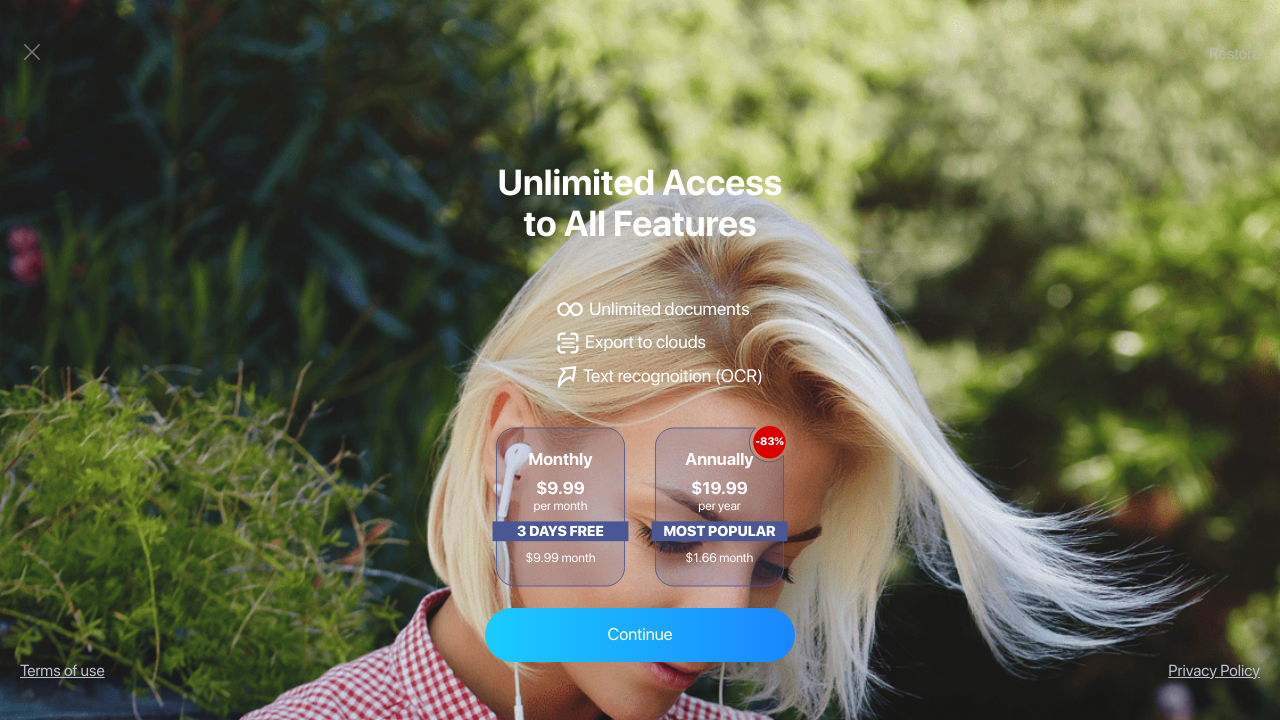
Repository: Ivan0195/bp-banner
Page: /
An editor plug-in stored every save of this project. The page is shown before and after the next save, followed by the edit.
The browser window is 1280 px wide. The pictures show the whole page.
The project was rebuilt for these pictures with package versions that can differ from the ones it lists, and the page was loaded fresh each time. Also part of the build but not shown: webpack.config.js.

Above is the page before, as saved 2023-03-17 11:00:26.

### src/index.html
<!DOCTYPE html>
<html lang="en">

<head>
  <meta charset="UTF-8">
  <meta http-equiv="X-UA-Compatible" content="IE=edge">
  <meta name="viewport" content="width=device-width, initial-scale=1.0">
  <link rel="icon" href="img/favicon.png" type="image/png">
  <title>BP-mobile</title>
</head>

<body>


  <header>
    <a href="#"><img src="/src/img/close.svg" alt="close"></a>
    <a href="#" class="restore">Restore</a>
  </header>


  <main>

    <h1 class="titleText">Unlimited Access to All Features</h1>

    <ul>
      <li>
        <img src="/src/img/unlimitedDocs.svg"/>
        Unlimited documents
      </li>
      <li><img src="/src/img/noAds.svg" />Export to clouds</li>
      <li><img src="/src/img/export.svg" />Text recognoition (OCR)</li>
    </ul>

    <div class="subscriptionsBlock">

      <div id="month" class="subscriptionMonthlyBlock">
        <span class="title">Monthly</span>
        <div class="subscriptionPriceBlock">
          <span class="bigPrice">$9.99</span>
          <span class="smallText">per month</span>
        </div>
        <span class="promotionLine">3 days free</span>
        <span class="smallText">$9.99 month</span>
      </div>

      <div id="year" class="subscriptionAnnualyBlock">
        <div class="discountTag">-83%</div>
        <span class="title">Annually</span>
        <div class="subscriptionPriceBlock">
          <span class="bigPrice">$19.99</span>
          <span class="smallText">per year</span>
        </div>
        <span class="promotionLine">most popular</span>
        <span class="smallText">$1.66 month</span>
      </div>

    </div>

      <button id="button" class="continueButton">Continue</button>
  </main>


  <footer>
    <a href='#'>Terms of use</a>
    <a href='#'>Privacy Policy</a>
  </footer>


</body>
</html>

### src/index.js
import './index.html';
import './index.scss';

const month = document.getElementById('month');
const year = document.getElementById('year');
const button = document.getElementById('button');

const onElementSelect = (element, target, link) => {
    element.style.scale = 0.9;
    element.style.opacity = 0.5;
    target.style.scale = 1;
    target.style.opacity = 1;
    button.onclick = `location.href=${link}`
}

month.onclick = () => onElementSelect(year, month, 'https://apple.com/');
year.onclick = () => onElementSelect(month, year, 'https://google.com/ ');

### src/style/_fonts.scss
@font-face {
  font-family: 'SFPro';
  src: url('../fonts/SFProDisplay-Regular.woff2') format('woff2'),
    url('../fonts/SFProDisplay-Regular.woff') format('woff');
}

@font-face {
  font-family: 'SFPro-Bold';
    src: url('../fonts/SFProDisplay-Bold.woff2') format('woff2'),
      url('../fonts/SFProDisplay-Bold.woff') format('woff');
  }

  @font-face {
    font-family: 'SFPro-Heavy';
    src: url('../fonts/SFProDisplay-Heavy.woff2') format('woff2'),
      url('../fonts/SFProDisplay-Heavy.woff') format('woff');
  }

### src/style/_var.scss
$textPrimary: #FFFFFF;
$textSecondary: #BDC0D0;
@mixin FlexCenter {
    display: flex;
    align-items: center;
    justify-content: center;
}

### src/style/_style.scss
body {
  font-family: 'SFPro';
  color: $textPrimary;
  background-image: url("/src/img/background-image.png");
  background-size: cover;
  padding: 40px 20px;
  display: flex;
  flex-direction: column;
  align-items: center;
  justify-content: space-between;
  box-sizing: border-box;
  height: 100vh;
}

header {
  @include FlexCenter;
  justify-content: space-between;
  width: 100%;
}

main {
  @include FlexCenter;
  flex-direction: column;
  justify-content: flex-end;
  height: 100%;
  row-gap: 12px;
}

ul {
  list-style-type: none;
  font-size: 18px;
  display: flex;
  flex-direction: column;
  row-gap: 12px;
}

li {
  display: flex;
  column-gap: 6px;
}

footer {
  width: 100%;
  @include FlexCenter;
  justify-content: space-between;
  color: $textSecondary;
  text-decoration: underline;
}

a {
  text-decoration: none;
  color: $textSecondary;
}

a:visited {
  text-decoration: none;
  color: $textSecondary;
}

.restore {
opacity: 0.6;
}

.titleText {
  width: 286px;
  text-align: center;
  font-family: 'SFPro-Bold';
  font-size: 36px;
}

.subscriptionsBlock {
  @include FlexCenter;
  column-gap: 8px;
}

.subscriptionMonthlyBlock {
  @include FlexCenter;
  flex-direction: column;
  row-gap: 10px;
  background-image: url('/src/img/shape-1.svg');
  height: 178px;
  width: 151px;
  background-size: contain;
  background-repeat: no-repeat;
  background-position: top;
  scale: 0.9;
  transition: all .5s
}

.subscriptionAnnualyBlock {
  position: relative;
  @extend .subscriptionMonthlyBlock;
  background-image: url('/src/img/shape-2.svg');
}

.subscriptionPriceBlock {
  @include FlexCenter;
  flex-direction: column;
}

.title {
  font-family: 'SFPro-bold';
    font-size: 19px;
}

.bigPrice {
  font-family: 'SFPro-bold';
  font-size: 19px;
}

.promotionLine {
  @include FlexCenter;
  background-color: #495795;
  width: 100%;
  text-align: center;
  font-family: 'SFPro-Heavy';
  text-transform: uppercase;
  height: 22px;
}

.smallText {
  font-size: 14px
}

.discountTag {
  @include FlexCenter;
  height: 36px;
  width: 36px;
  border-radius: 50%;
  background-color: #DB0000;
  position: absolute;
  font-family: 'SFPro-Heavy';
  font-size: 12px;
  top: -1px;
  right: 2px;
}

.continueButton {
  width: 100%;
  background: linear-gradient(270deg, #1987FF 0%, #19CCFF 100%);
  border: none;
  height: 54px;
  border-radius: 27px;
  font-family: 'SFPro';
  font-size: 17px;
  color: $textPrimary
}

Loaded but not shown: src/index.scss (common file)

After the next save:
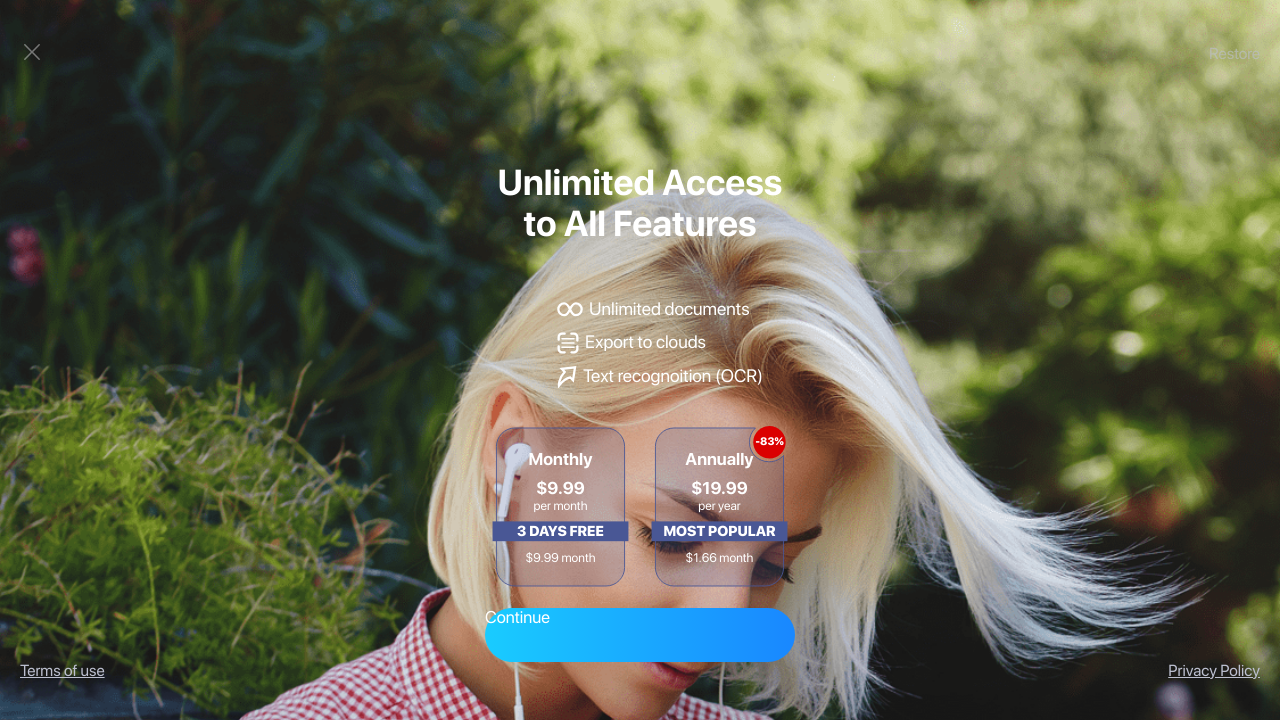
Saved 5 min 56 s later.
--- a/src/index.html
+++ b/src/index.html
@@ -56,7 +56,7 @@
 
     </div>
 
-      <button id="button" class="continueButton">Continue</button>
+      <a id="button" class="continueButton">Continue</a>
   </main>
 
 

After the save that followed:
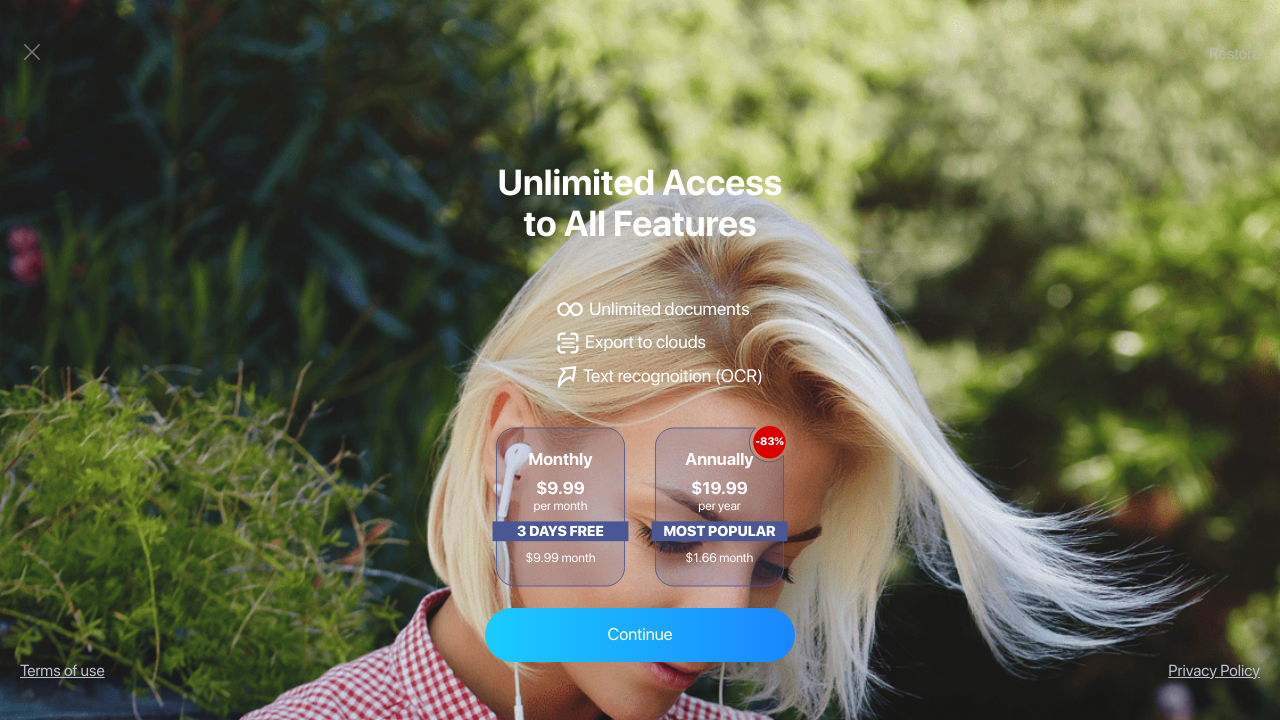
Saved 10 s later.
--- a/src/style/_style.scss
+++ b/src/style/_style.scss
@@ -136,6 +136,7 @@ opacity: 0.6;
 }
 
 .continueButton {
+  @include FlexCenter;
   width: 100%;
   background: linear-gradient(270deg, #1987FF 0%, #19CCFF 100%);
   border: none;
